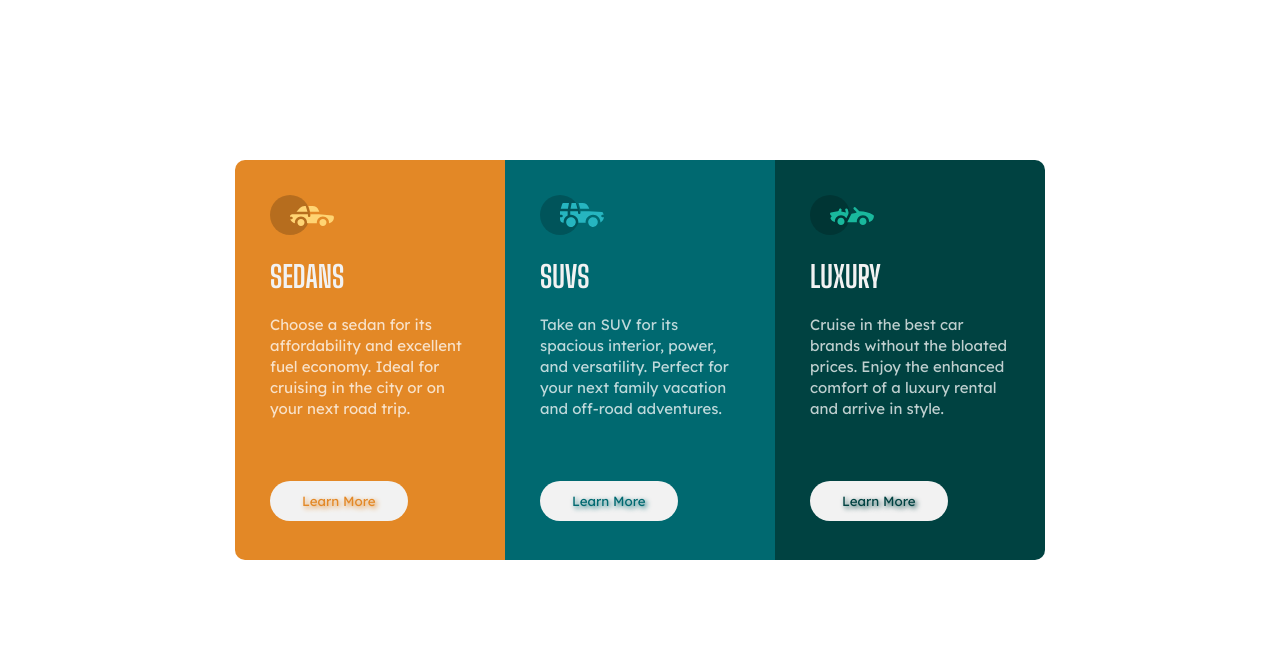
Repository: thaibaocoder1/3-column-card
Page: index.html
These files come from the project's save history. The page is drawn as it stood at one moment and after the next save; the edit follows.
The browser window is 1280 px wide. The pictures show the whole page.

Above is the page before, as saved 2023-01-11 21:17:21.

After the next save:
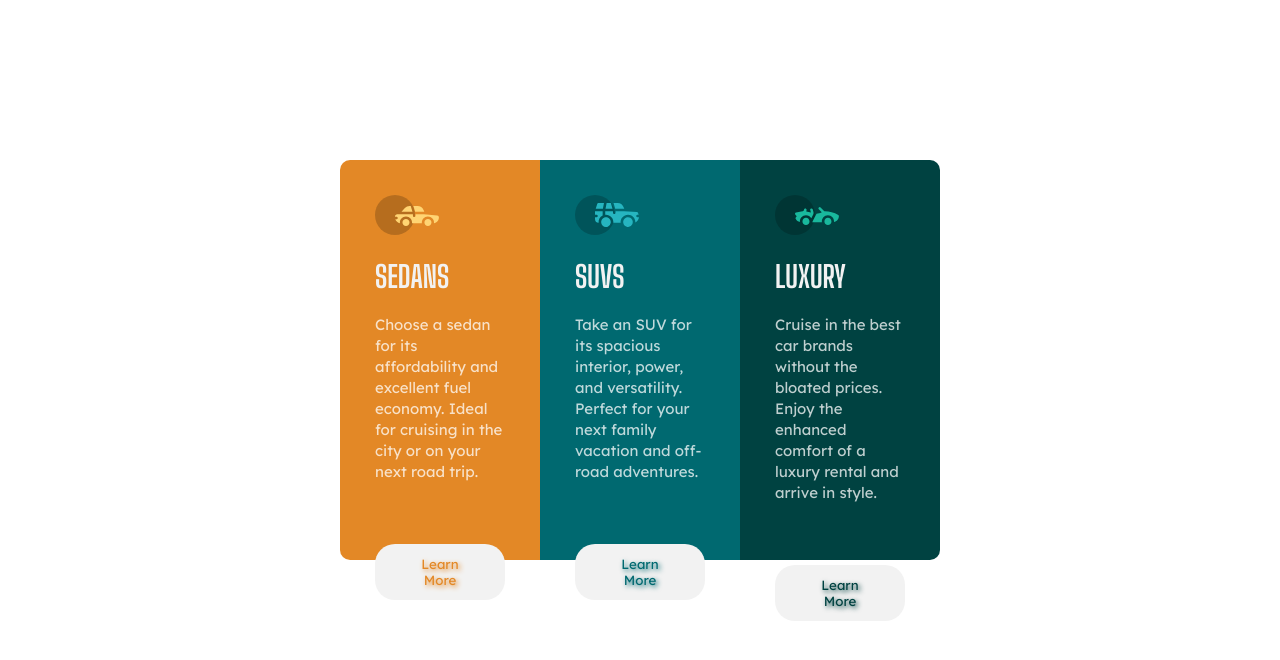
Saved 49 s later.
--- a/styles.css
+++ b/styles.css
@@ -33,7 +33,7 @@
 }
 .container .container__box {
     padding: 3.5rem;
-    flex-basis: 30%;
+    max-width: 20rem;
 }
 .container .container__box--one {
     background-color: var(--bright-orange);
